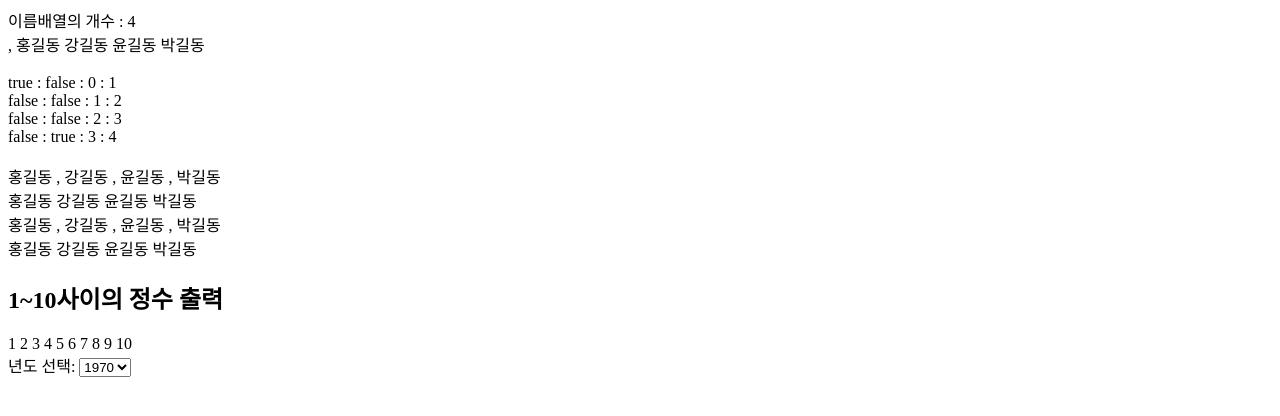
Repository: skim24245/web_workspace_src
Page: http://localhost/Lecture-Web/jsp/el/exam13.jsp
The author's editor kept a copy of each file at every save. The page is drawn from the files as they stood at one save, then again after the next save.
The browser window is 1280 px wide. The pictures show the whole page.
The page is served by Tomcat 9. Other server files are loaded and not shown.

Above is the page before, as saved 2022-06-07 08:02:15.

### Lecture-Web/src/main/webapp/jsp/el/exam13.jsp
<%@ page language="java" contentType="text/html; charset=UTF-8"
    pageEncoding="UTF-8"%>
<%@taglib prefix="c" uri="http://java.sun.com/jsp/jstl/core" %>
<%@ taglib prefix="fn" uri="http://java.sun.com/jsp/jstl/functions" %>
<%
String [] names = {"홍길동","강길동","윤길동","박길동"};
pageContext.setAttribute("names",names);
pageContext.setAttribute("length",names.length-1);
%>

<!DOCTYPE html>
<html>
<head>
<meta charset="UTF-8">
<title>Insert title here</title>
</head>
<body>


이름배열의 개수 : ${fn:length(names)}<BR>


<c:forEach items="${ names }" var="name" varStatus="loop">
<c:if test="${loop.first }">
,
</c:if>
${name}
</c:forEach>
<BR>
<BR>

<c:forEach items="${names}" var="name" varStatus="loop">
${loop.first } : ${ loop.last } : ${loop.index } : ${loop.count} <br>
</c:forEach>

<BR>
<c:set var="cnt" value="1"/>
<c:forEach items="${names }" var="name">
<c:if test="${cnt ne 1 }">
,
</c:if>
${name}
<c:set var="cnt" value="${cnt+1}"/>
</c:forEach>
<c:remove var="cnt" scope="page"/>
<BR>



<c:forEach items="${names }" var="name">
${name }
</c:forEach>
<BR>
<c:forEach begin="0" end="${length}" var="i">
<%-- <c:if test="${i ne 0}">
,
</c:if> --%>
${names[i]}
<c:if test="${i ne length }">
,
</c:if>
</c:forEach>
<br>
<c:forEach items="${ names }" var = "name">
${ name }
</c:forEach>





<h2>1~10사이의 정수 출력</h2>
<c:forEach begin="1" end="10" var="i">
${i}
</c:forEach>


<br>
년도 선택:
<select>
<c:forEach begin="1970" end="2022" step = "10" var="year">
<option> ${year}</option>
</c:forEach>


</select>
</body>
</html>

After the next save:
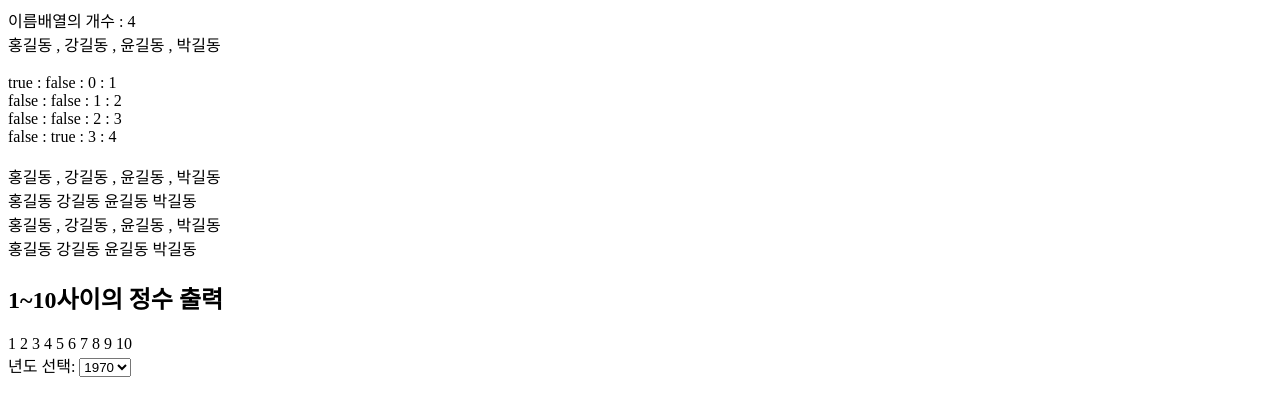
Saved 5 s later.
--- a/Lecture-Web/src/main/webapp/jsp/el/exam13.jsp
+++ b/Lecture-Web/src/main/webapp/jsp/el/exam13.jsp
@@ -21,7 +21,7 @@
 
 
 <c:forEach items="${ names }" var="name" varStatus="loop">
-<c:if test="${loop.first }">
+<c:if test="${not loop.first }">
 ,
 </c:if>
 ${name}

After the save that followed:
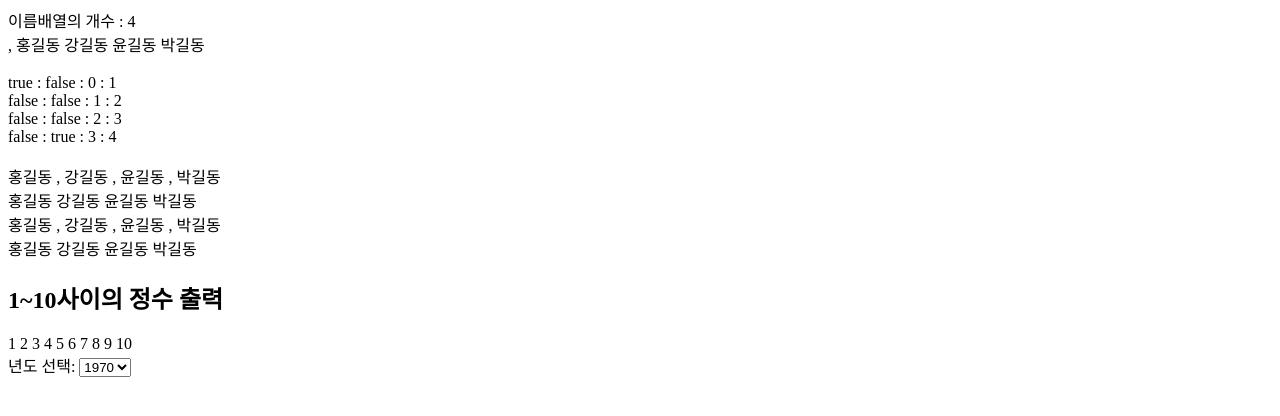
Saved 9 s later.
--- a/Lecture-Web/src/main/webapp/jsp/el/exam13.jsp
+++ b/Lecture-Web/src/main/webapp/jsp/el/exam13.jsp
@@ -21,7 +21,7 @@
 
 
 <c:forEach items="${ names }" var="name" varStatus="loop">
-<c:if test="${not loop.first }">
+<c:if test="${loop.first }">
 ,
 </c:if>
 ${name}
